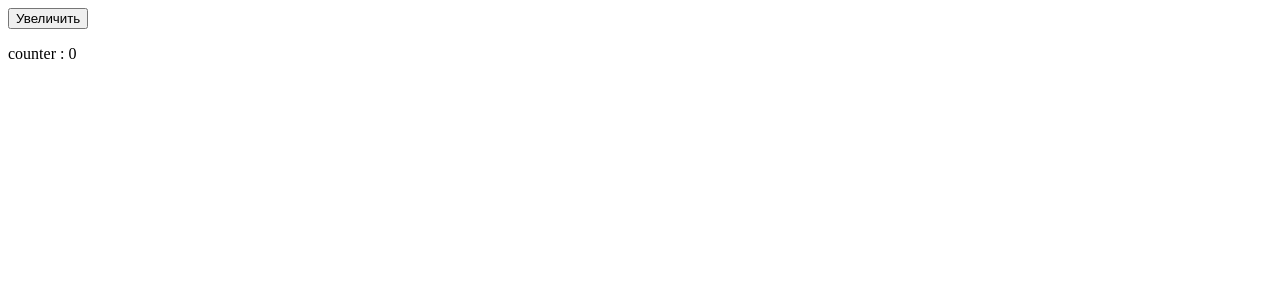
Repository: savannaaaas/todoUseState
Page: /
An editor plug-in stored every save of this project. The page is shown before and after the next save, followed by the edit.
The browser window is 1280 px wide. The pictures show the whole page.
The project was rebuilt for these pictures with package versions that can differ from the ones it lists, and the page was loaded fresh each time. Also part of the build but not shown: vite.config.js.

Above is the page before, as saved 2025-04-22 19:12:16.

### src/main.jsx
import { StrictMode } from 'react'
import { createRoot } from 'react-dom/client'
import ParentComponent from './ParentComponent'
createRoot(document.getElementById('root')).render(
  <StrictMode>
   <ParentComponent/>
  </StrictMode>,
)

### src/ParentComponent.jsx
import React,  { useState } from 'react'
function ParentComponent() {
    const [counter, setCounter] = useState(0)
    const increment = ()=>{
        setCounter((counter)=>counter+1)
    }
    const reset = ()=>{
        setCounter((counter)=>counter)
    }
    return (
        <div>
            <button onClick ={increment}>Увеличить</button>
            <p>counter : {counter}</p>
        </div>
    )

}

export default ParentComponent;

Loaded but not shown: index.html (common file)

After the next save:
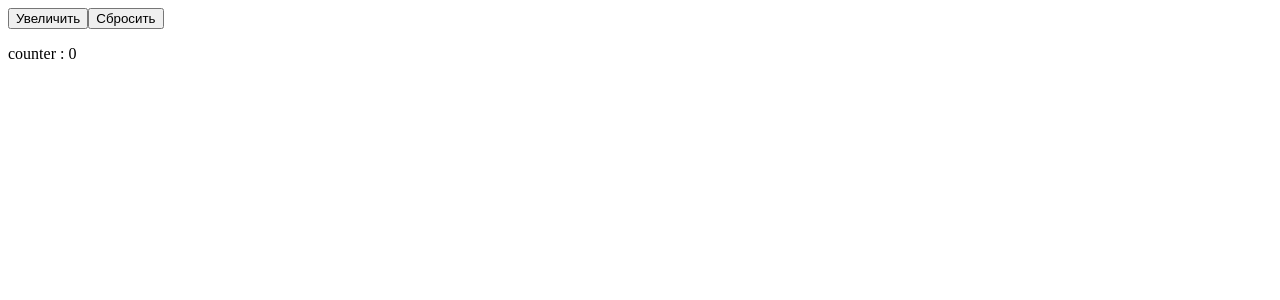
Saved 24 s later.
--- a/src/ParentComponent.jsx
+++ b/src/ParentComponent.jsx
@@ -10,8 +10,10 @@
     return (
         <div>
             <button onClick ={increment}>Увеличить</button>
+            <button onClick = {reset}>Сбросить</button>
             <p>counter : {counter}</p>
         </div>
+
     )
 
 }
